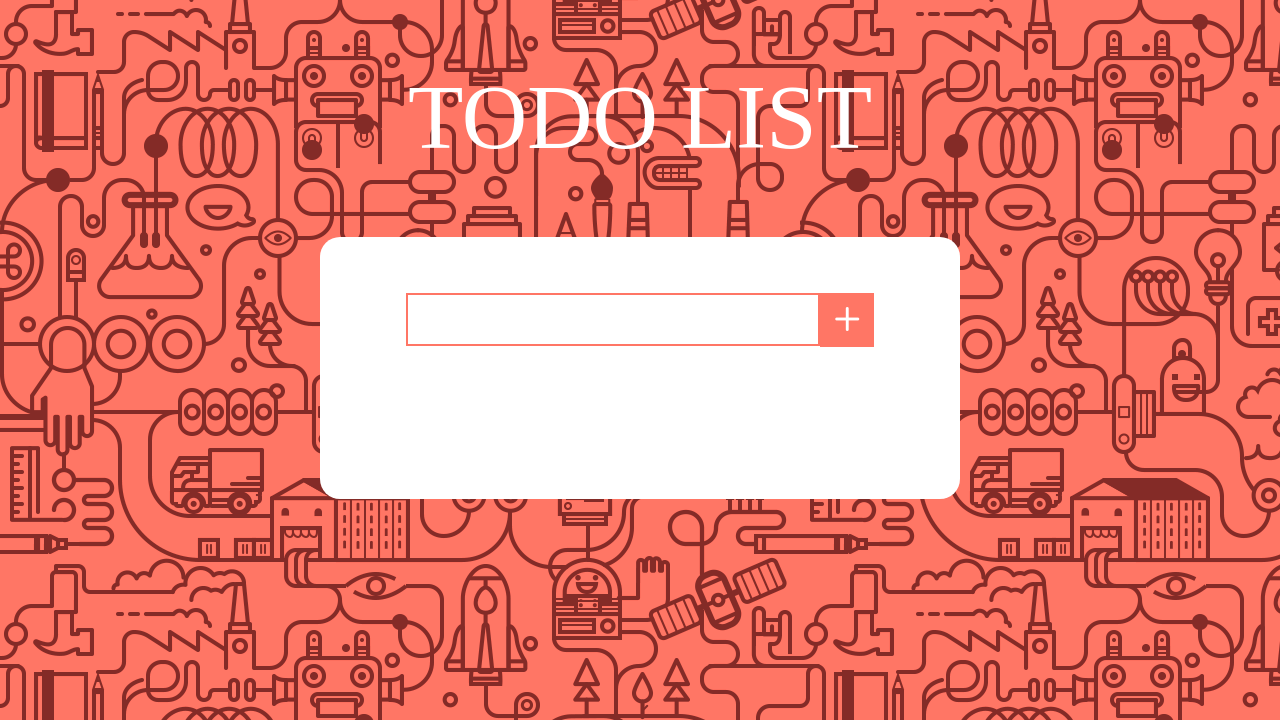
Repository: zum281/todo-list
Page: index.html
An editor plug-in stored every save of this project. The page is shown before and after the next save, followed by the edit.
The browser window is 1280 px wide. The pictures show the whole page.
Some web fonts or font styles are not loaded; a fallback is used. Some web libraries are served in a nearby version. The style sheet was rebuilt from its Sass, Less or Tailwind sources for each picture, by a compiler version that may differ from the author's.

Above is the page before, as saved 2021-03-05 17:14:16.

After the next save:
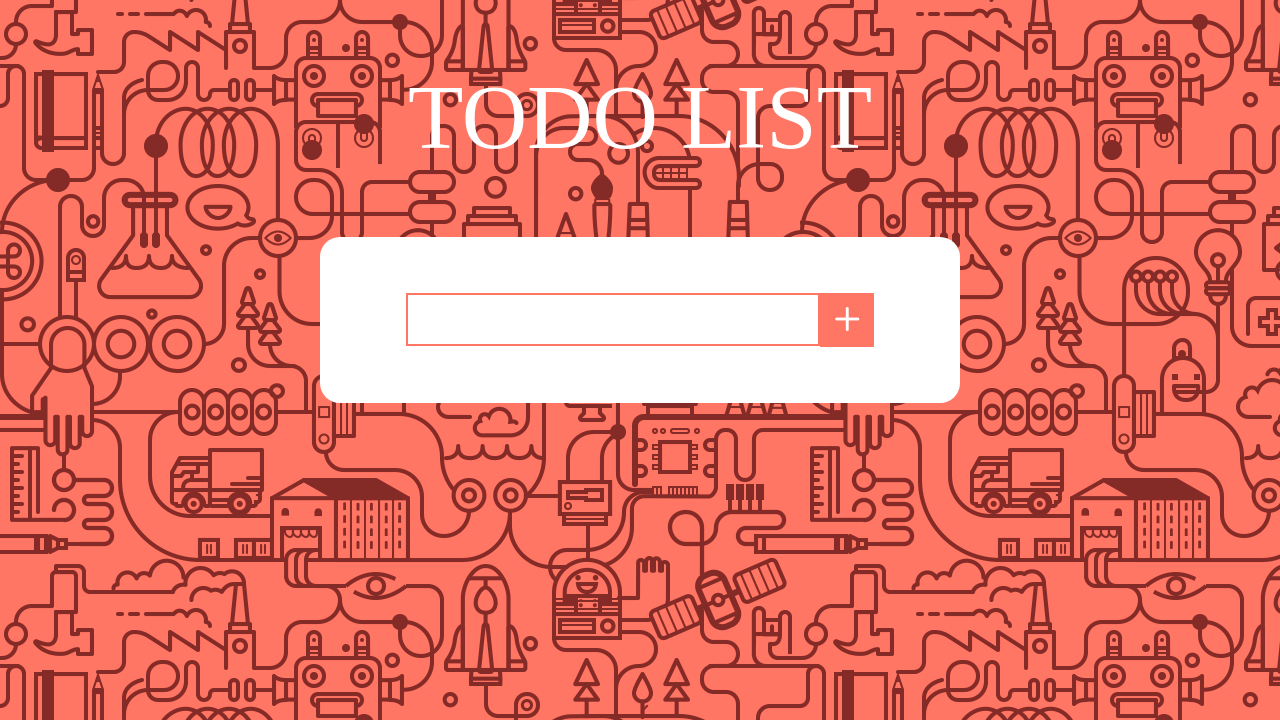
Saved 8 s later.
--- a/sass/main.scss
+++ b/sass/main.scss
@@ -70,7 +70,7 @@ body {
         }
     }
     .todo-list-container {
-        //  display: none;
+        display: none;
         padding: 1rem;
         width: 100%;
 
